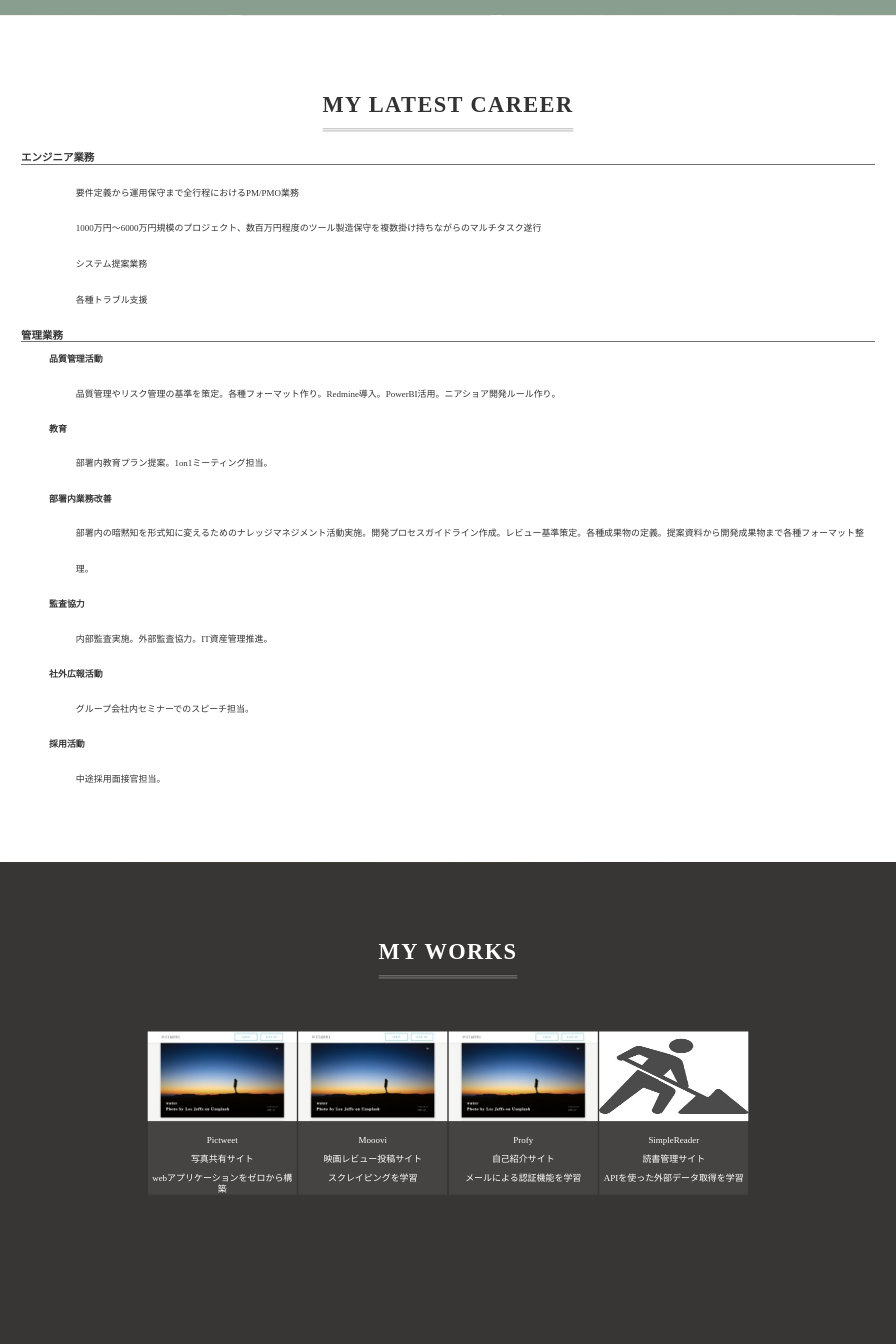
Repository: dackelteckel/myworks
Page: http://localhost/
The author's editor kept a record of every edit. The page is drawn from the files as they stood at one moment, then again after the next edit.
The browser window is 1280 px wide. The pictures show the part of the page from y = 1292 to 3212 px (the page is 3243 px tall before and 3412 px after), at 70% of full size.
Backgrounds fixed to the window are drawn as part of the page. The page is run by PHP 8.4 with error messages shown; the project is at /var/www/html/. Other server files are loaded and not shown.

Above is the page before.

### index.html
<!DOCTYPE html>
<html>

<head>
  <meta charset="UTF-8">
  <title>Who I am...</title>
  <link rel="stylesheet" href="normalize.css">
  <link rel="stylesheet" href="style.css">
  <link rel="stylesheet" href="responsive.css">

  <!--<script type="text/javascript" charset="UTF-8">-->
  <!--  $('#contact-form').submit(function(event){-->
      <!--//submit実行を止める-->
  <!--    event.preventDefault();-->
  <!--    var $form = $(this);-->
  <!--    var $button = $form.find('.send-btn');-->
  <!--    $.ajax({-->
  <!--      url:$form.attr('action'),-->
  <!--      type:$form.attr('method'),-->
  <!--      data: $form.serialize(),-->
        <!--//10秒でタイムアウト-->
  <!--      timeout:10000,-->
        <!--//重複送信を避けるためにボタンを無効化-->
  <!--      beforeSend: function(xhr, settings) {-->
  <!--          $button.attr('disabled', true);-->
  <!--      },-->
        <!--//完了後ボタンを押せるように-->
  <!--      complete: function(xhr, textStatus) {-->
  <!--          $button.attr('disabled', false);-->
  <!--      }-->
  <!--    }).done(function(data, textStatus, jqXHR){-->
        <!--// 成功時の処理-->
        <!--//フォームを初期化-->
  <!--      $form[0].reset();-->
  <!--      $(".contact-result").text(data);-->
  <!--      $(".contact-result").slideToggle(200);-->
  <!--      $(".contact-result").delay(3000).slideToggle(200);-->
  <!--    }).fail(function(jqXHR, textStatus, errorThrown){-->
        <!--失敗時の処理-->
  <!--      $(".contact-result").text("エラーが発生しました。ステータス：" + jqXHR.status);-->
  <!--      $(".contact-result").slideToggle(200);-->
  <!--      $(".contact-result").delay(3000).slideToggle(200);-->
  <!--    });-->
  <!--  });-->
  <!--</script>-->
</head>

<body>
  <header class="header">
    <p class="site-title-sub">----- my portfolio -----</p>
    <h1 class="site-title">Who I am...</h1>
    <p class="site-description">check out my career and some of my works.</p>
    <div class="buttons">
      <a class="button" href="#reasons">WHAT I'M LOOKING FOR</a>
      <a class="button" href="#career">LATEST CAREER</a>
      <a class="button" href="#works">MY WORKS</a>
      <!--<a class="button button-orange" href="#contact">SEND MESSAGE</a>-->
      <a class="button button-orange" href="mailto:nrkktok@gmail.com">Drop Me a LINE</a>
    </div>
  </header>

  <section class="reasons" id="reasons">
    <h2 class="heading">3 REASONS WHY I'M LOOKING FOR A NEW JOB</h2>
    <dev class="reasons-text">
      <h3>職場環境</h3>
      <ul>
        <li>同僚同士お互いを尊重し、協力しあうことができる健やかな組織で働きたいと考えています。</li>
      </ul>
      <h3>エンジニアとしての価値</h3>
      <ul>
        <li>
          長年PM業務に携わってきており、チームメンバーが成果を出すためのサポートをするPM業務にはやりがいを感じています。
        </li>
        <li>
          現職では金融機関で使われる小中規模システム開発を行っていますが、業務知識不要・レガシー技術メインのツール開発が殆どであることから、
          エンジニアとしてのキャリアを上げられない怖さを感じています。
        </li>
        <li>
          この物足りなさを少しでも打ち消し、少しでもIT業務で価値ある存在でありたいという気持ちから、
          2019年12月よりWebアプリケーション作りを行うプログラミングスクールに通い始めました。
        </li>
        <li>
          成果物を<a href="#works">MY WORKS</a>で公開していますので、よろしければ御覧ください。
        </li>
        <li class="note">
          プログラマーとして転職することを考えている訳ではありませんが、PM/PLであっても現在に通用する技術・PG知識は必要だと考えています。
        </li>
      </ul>
      <h3>ライフワークバランス</h3>
      <ul>
        <li>良い仕事、社会貢献をして幸せな生活を送るため、「勉強する時間」「運動する体力」「健康的な食事」を大事にすることができる環境に身を置きたいと考えています。</li>
      </ul>
    </dev>
  </section>

  <section class="career" id="career">
    <h2 class="heading">MY LATEST CAREER</h2>
    <dev class="career-text">
      <h3>エンジニア業務</h3>
      <ul>
        <li>要件定義から運用保守まで全行程におけるPM/PMO業務</li>
        <li>1000万円〜6000万円規模のプロジェクト、数百万円程度のツール製造保守を複数掛け持ちながらのマルチタスク遂行</li>
        <Li>システム提案業務</Li>
        <Li>各種トラブル支援</Li>
      </ul>
      <h3>管理業務</h3>
      <ul>
        <h4>品質管理活動</h4>
        <li>品質管理やリスク管理の基準を策定。各種フォーマット作り。Redmine導入。PowerBI活用。ニアショア開発ルール作り。</li>
        <h4>教育</h4>
        <li>部署内教育プラン提案。1on1ミーティング担当。</li>
        <h4>部署内業務改善</h4>
        <li>部署内の暗黙知を形式知に変えるためのナレッジマネジメント活動実施。開発プロセスガイドライン作成。レビュー基準策定。各種成果物の定義。提案資料から開発成果物まで各種フォーマット整理。</li>
        <h4>監査協力</h4>
        <li>内部監査実施。外部監査協力。IT資産管理推進。</li>
        <h4>社外広報活動</h4>
        <li>グループ会社内セミナーでのスピーチ担当。</li>
        <h4>採用活動</h4>
        <li>中途採用面接官担当。</li>
      </ul>
    </dev>
  </section>

  <section class="works" id="works">
    <h2 class="heading">MY WORKS</h2>
    <div class="works-wrapper">
      <div class="work-box">
        <a href="https://dackelteckelpictweet.herokuapp.com/"><img class="work-image" src="images/pictweet.jpg"></a>
        <div class="work-description">
          <p>Pictweet<p>
          <p>写真共有サイト</p>
          <p>webアプリケーションをゼロから構築</p>
        </div>
      </div>

      <div class="work-box">
        <a href="https://dackelteckelmooovi.herokuapp.com/"><img class="work-image" src="images/pictweet.jpg"></a>
        <div class="work-description">
          <p>Mooovi<p>
          <p>映画レビュー投稿サイト</p>
          <p>スクレイピングを学習</p>
        </div>
      </div>

      <div class="work-box">
        <a href="https://dackelteckelprofy.herokuapp.com/"><img class="work-image" src="images/pictweet.jpg"></a>
        <div class="work-description">
          <p>Profy<p>
          <p>自己紹介サイト</p>
          <p>メールによる認証機能を学習</p>
        </div>
      </div>
      <div class="work-box">
        <img class="work-image" src="images/wip.jpg" height="128">
        <div class="work-description">
          <p>SimpleReader<p>
          <p>読書管理サイト</p>
          <p>APIを使った外部データ取得を学習</p>
        </div>
      </div>
    </div>
  </section>

  <!--<section class="contact" id="contact">-->
    <!--<h2 class="heading">DROP ME A LINE</h2>-->
    <!--<form class="contact-form" id="contact-form" action="contact.php" method="post">-->
    <!--  <input type="text" name="name" placeholder="NAME" required>-->
    <!--  <input type="email" name="email" placeholder="E-MAIL ADDRESS" required>-->
    <!--  <textarea name="message" placeholder="MESSAGE"></textarea>-->
    <!--  <textarea type="text" name="message" placeholder="MESSAGE" required></textarea>-->
    <!--  <input type="submit" value="SEND" class="send-btn" id="submit">-->
    <!--  <input type="submit" value="SEND" class="send-btn" id="submit">-->
    <!--</form>-->
  <!--</section>-->
</body>
</html>

### style.css
* {
  box-sizing: border-box;
  list-style: none;
}

body {
  color: #fff;
  text-align: center;
  font-size: 0.8rem;
  background: url('images/bg.jpg') fixed;
  background-size: cover;
}

.header {
  padding: 170px 30px 80px;
  /*height: 100vh;*/
  background-color: rgba(0, 0, 128, 0.8);
}

.site-title-sub {
  margin: 0 0 30px;
  color: #888;
  letter-spacing: 1px;
  font-size: 1.2rem;
}

.site-title {
  margin: 50px;
  font-size: 3.5rem;
}

.site-description {
  margin-bottom: 50px;
  color: #888;
  font-size: 1.2rem;
}

.buttons {
  display: flex;
  justify-content: center;
  margin: 0 auto;
}

.button {
  width: 200px;
  padding: 20px;
  margin: 10px;
  border-radius: 4px;
  background-color: #afa58d;
  color: #fff;
  text-decoration: none;
  letter-spacing: 1px;
  font-size: 0.7rem;
}

.button:hover {
  opacity: 0.9;
}

.button-orange {
  background-color: #f1b400;
}

.heading {
  display: inline-block;
  margin: 30px 0 15px;
  padding-bottom: 15px;
  letter-spacing: 2px;
  font-size: 2rem;
  border-bottom: double 4px #999;
}

.reasons {
  /*height: 100vh;*/
  /*background-color: #383634;*/
  background-color: rgb(137, 158, 142);
  padding: 80px 30px;
  /*color: #333;  */
}

.reasons-text {
  text-align: left;
  width: 600px;
  margin: 30px auto;
  line-height: 2.5;
}

.reason-text h3 {
  padding-top: 20px;
}

.note:before {
  content: "*";
}

.career {
  /*height: 100vh;*/
  background-color: #ffffff;
  padding: 80px 30px;
  color: #333;
}

.career-text {
  text-align: left;
  width: 600px;
  margin: 30px auto;
}

.career-text h3 {
  border-bottom: 1px solid #333;
}

.career-text li {
  padding-left: 3em;
  line-height: 4;
  vertical-align: top;
}

.works {
  height: 100vh;
  background-color: #383634;
  padding: 80px 0 10px;
}

.works-wrapper {
  display: table;
  width: 860px;
  margin: 60px auto 0;
  table-layout: fixed;
}

.work-box {
  display: table-cell;
  background-color: rgba(100, 100, 100, 0.3);
  border: 1px solid #333;
}

.work-image {
  display: block;
  width: 100%;
}

.work-description {
  margin: 20px 0;
  height: 65px;
}

.work-description .button {
  width: 60%;
  margin-top: 20px;
  padding: 3px;
  display: inline-block;
}

.button-ghost {
  border: 2px solid #fff;
  background-color: rgba(255, 255, 255, 0.15);
}

.contact {
  height: 100vh;
  background-color: rgba(0, 0, 128, 0.8);
  padding: 80px 0 150px;
}


.contact-form {
  width: 50%;
  margin: 50px auto 0;
}

.contact-form input[type=text], .contact-form input[type=email], .contact-form textarea {
  display: block;
  width: 100%;
  margin-bottom: 10px;
  padding: 15px;
  outline: none;
  border: 1px solid rgba(255, 255, 255, 0.8);
  border-radius: 0;
  color: #333;
}

.contact-form textarea {
  height: 150px;
}

.contact-form input[type=submit] {
  display: block;
  width: 200px;
  margin: 40px auto 0;
  padding: 15px;
  border: 1px solid rgba(255, 255, 255, 0.8);
  border-radius: 5px;
  background-color: transparent;
  color: #fff;
  cursor: pointer;
}

.contact-form input[type=submit]:hover {
  background-color: rgba(255, 255, 255, 0.05);
}

Loaded but not shown: normalize.css (library); responsive.css (no copy from this time; the picture is the same without it)

After the next edit:
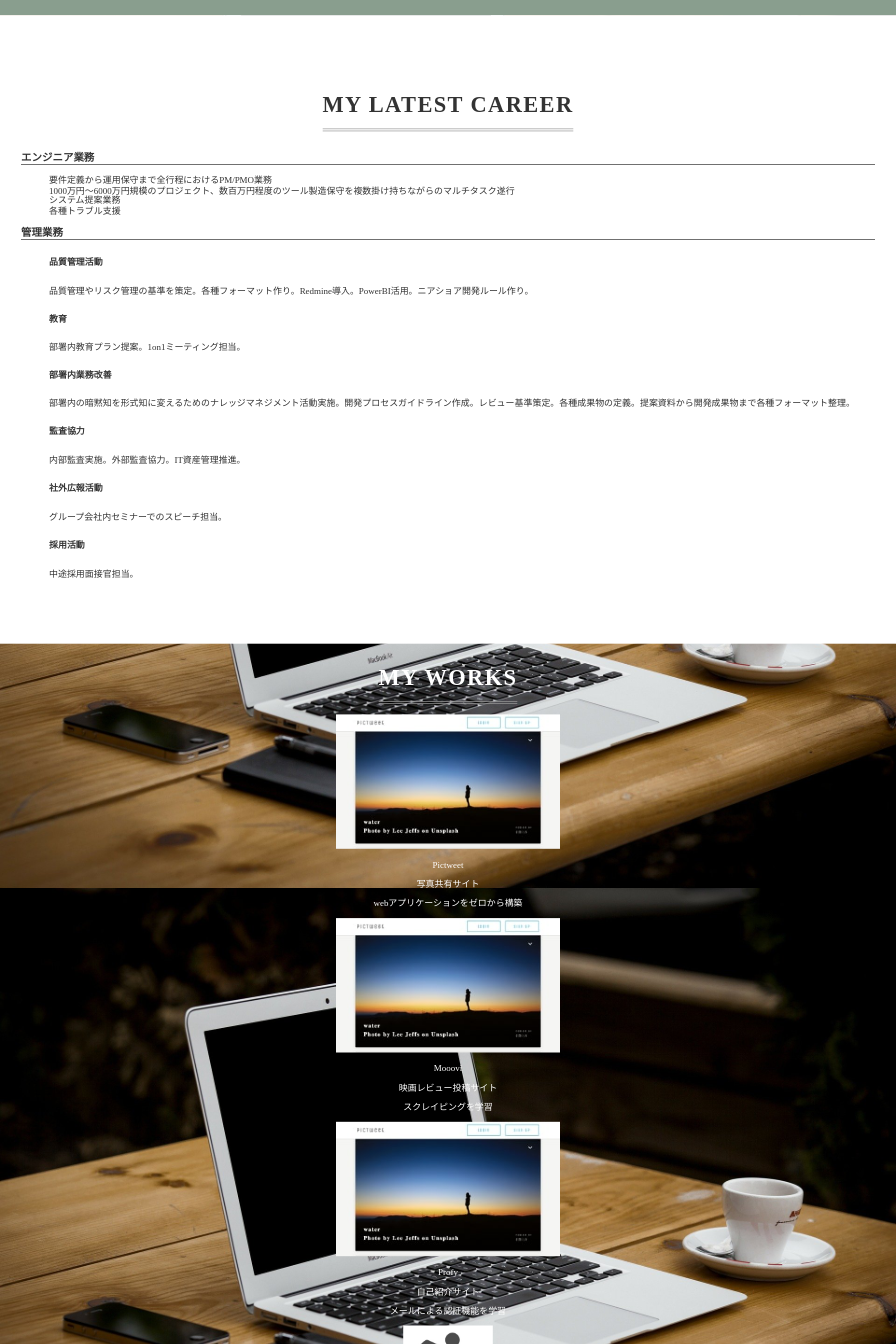
The edit:
--- a/style.css
+++ b/style.css
@@ -110,6 +110,9 @@
   border-bottom: 1px solid #333;
 }
 
+.career-text h4 {
+  line-height: 2.5;
+
 .career-text li {
   padding-left: 3em;
   line-height: 4;

After the edit that followed:
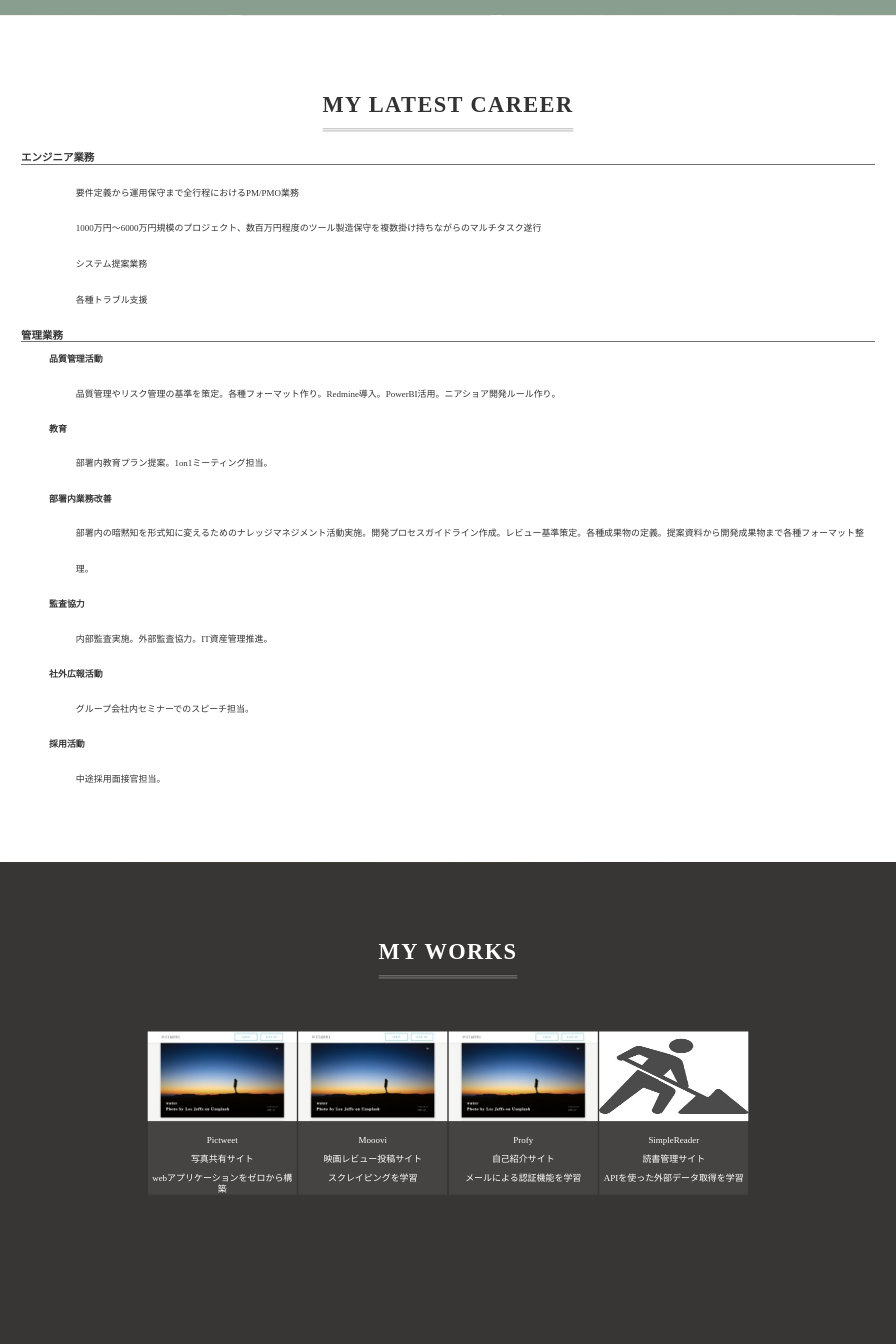
The edit:
--- a/style.css
+++ b/style.css
@@ -111,7 +111,8 @@
 }
 
 .career-text h4 {
-  line-height: 2.5;
+  /*line-height: 2;*/
+}
 
 .career-text li {
   padding-left: 3em;
